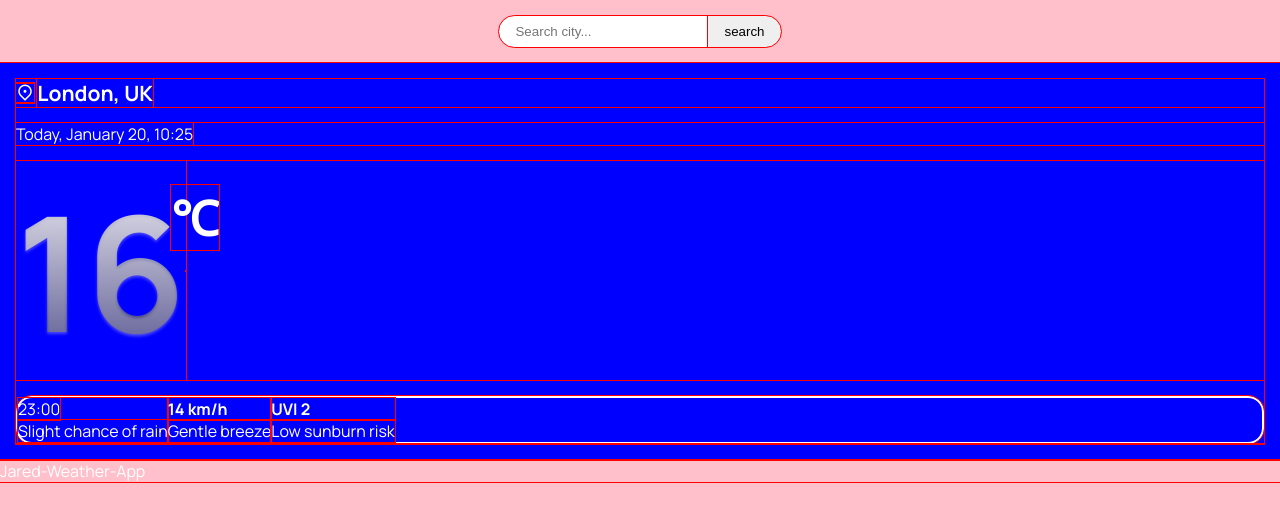
Repository: EguJaredoBoyd/Jared-Weather-App
Page: main.html
These files come from the project's save history. The page is drawn as it stood at one moment and after the next save; the edit follows.
The browser window is 1280 px wide. The pictures show the whole page.
Some web libraries are served in a nearby version.

Above is the page before, as saved 2026-01-22 17:23:59.

### main.html
<!doctype html>
<html lang="en">
  <head>
    <meta charset="UTF-8" />
    <meta name="viewport" content="width=device-width, initial-scale=1.0" />
    <link rel="preconnect" href="https://fonts.googleapis.com" />
    <link rel="preconnect" href="https://fonts.gstatic.com" crossorigin />
    <link
      href="https://fonts.googleapis.com/css2?family=Manrope:wght@200..800&display=swap"
      rel="stylesheet"
    />
    <head>
      <link
        href="https://cdn.jsdelivr.net/npm/remixicon@4.8.0/fonts/remixicon.css"
        rel="stylesheet"
      />
    </head>
    <link rel="stylesheet" href="./css/styles.css" />
    <title>Jared-Weather-App</title>
  </head>
  <body class="weather-app">
    <div class="weather-app__container">
      <header>
        <div class="search-place">
          <input
            type="text"
            placeholder="Search city..."
            aria-label="Search city"
          />
          <button>search</button>
        </div>
      </header>
      <main>
        <section class="current-weather">
          <div class="place-searched">
            <i class="ri-map-pin-2-line"></i>
            <h3 class="city-name">London, UK</h3>
          </div>
          <div class="date-today">
            <time datetime="2026-01-20T10:25">Today, January 20, 10:25</time>
          </div>
          <div class="place-temperature">
            <span class="place-temperature__measure"><h3>16</h3></span>
            <span class="place-temperature__degree"><h3>℃</h3></span>
          </div>
          <div class="place-forecast">
            <article class="forecast-item forecast-item--weather">
              <time datetime="23:00">23:00</time>
              <p>Slight chance of rain</p>
            </article>

            <article class="forecast-item forecast-item--wind">
              <h4>14 km/h</h4>
              <p>Gentle breeze</p>
            </article>

            <article class="forecast-item forecast-item--uv">
              <h4>UVI 2</h4>
              <p>Low sunburn risk</p>
            </article>
          </div>
        </section>
        <section class="swipe-section">
          <!-- Hourly and daily forecast will slide in here! -->
        </section>
      </main>
      <footer>
        <div><p>Jared-Weather-App</p></div>
      </footer>
    </div>
  </body>
</html>

### css/styles.css
/* ==== CSS RESET ==== */
*,
*::before,
*::after {
  margin: 0;
  padding: 0;
  box-sizing: border-box;
  outline: 1px solid red;
}

:root {
  --background-color: #03045e;
  --text-color: white;
}

html {
  font-size: 16px;
}

body {
  font-family: "Manrope", sans-serif;
  background-color: var(--background-color);
  color: var(--text-color);
}

.weather-app__container {
  display: flex;
  flex-direction: column;
  background-color: pink;
  height: 100vh;
}

.search-place {
  display: flex;
  justify-content: center;
  padding: 1rem;
}

.search-place input {
  padding: 0.5rem 1rem;
  border: none;
  border-bottom-left-radius: 1rem;
  border-top-left-radius: 1rem;
}

.search-place button {
  border: none;
  border-top-right-radius: 1rem;
  border-bottom-right-radius: 1rem;
  padding: 0.5rem 1rem;
}

main {
  background-color: blue;
  display: flex;
  flex-direction: column;
  padding: 1rem;
}

.current-weather {
  display: flex;
  flex-direction: column;
  row-gap: 1rem;
}

.place-searched {
  display: flex;
  align-items: center;
  column-gap: 0.2rem;
  font-size: large;
}

.place-temperature {
  display: flex;
  align-items: center;
  position: relative;
}

.place-temperature__measure h3 {
  font-size: 10rem;
  background: linear-gradient(to bottom, white, var(--background-color));
  -webkit-background-clip: text;
  background-clip: text;
  -webkit-text-fill-color: transparent;
  text-shadow: 0 2px 3px rgba(243, 235, 235, 0.3);
}

.place-temperature__degree h3 {
  font-size: 3rem;
  position: absolute;
  top: 1.5rem;
  left: 9.7rem;
}

.place-forecast {
  display: flex;
  border: 2px solid white;
  border-radius: 1rem;
}

After the next save:
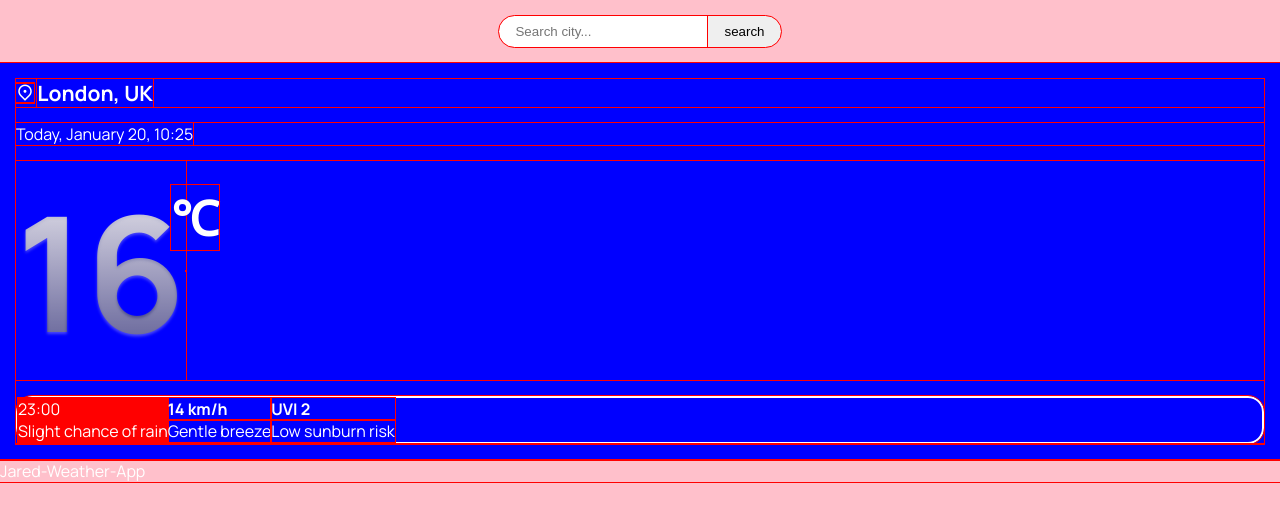
Saved 115 s later.
--- a/css/styles.css
+++ b/css/styles.css
@@ -97,3 +97,7 @@ main {
   border: 2px solid white;
   border-radius: 1rem;
 }
+
+.forecast-item--weather {
+  background-color: red;
+}

After the save that followed:
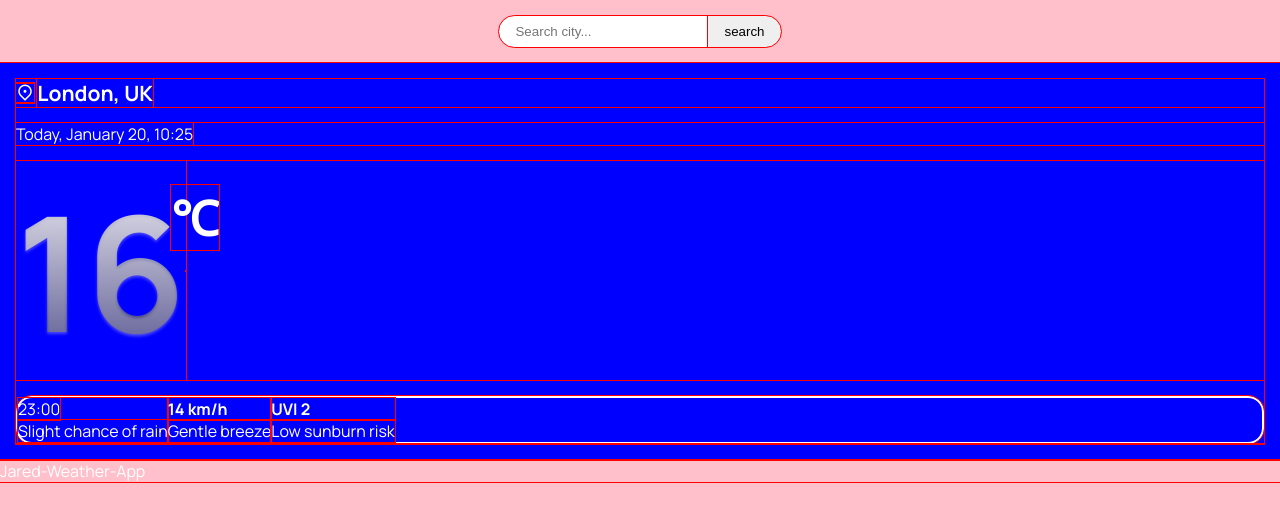
Saved 36 s later.
--- a/css/styles.css
+++ b/css/styles.css
@@ -98,6 +98,6 @@ main {
   border-radius: 1rem;
 }
 
-.forecast-item--weather {
-  background-color: red;
+.forecast-item--weather::after {
+  content: |;
 }
